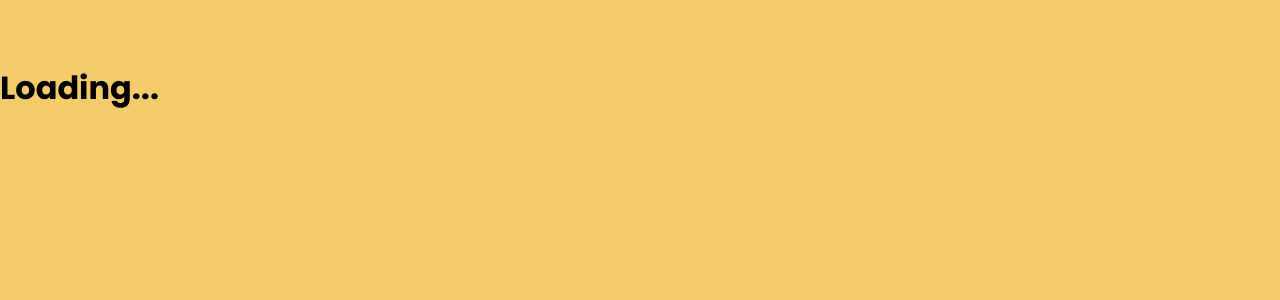
Repository: ble-syn/Random-user-generator-app
Page: /
These files come from the project's save history. The page is drawn as it stood at one moment and after the next save; the edit follows.
The browser window is 1280 px wide. The pictures show the whole page.
The page's requests for data from a server got no answer. The project was rebuilt for these pictures with package versions that can differ from the ones it lists, and the page was loaded fresh each time. No one was signed in, and anything a server would have sent is missing. Also part of the build but not shown: src/components/Navbar.jsx, src/components/pagination.jsx, src/components/ErrorFallback.jsx, src/components/User.jsx, src/pages/About.jsx, src/pages/Policy.jsx, src/pages/Terms.jsx, src/pages/Contact.jsx and 1 more.

Above is the page before, as saved 2022-10-28 18:17:07.

After the next save:
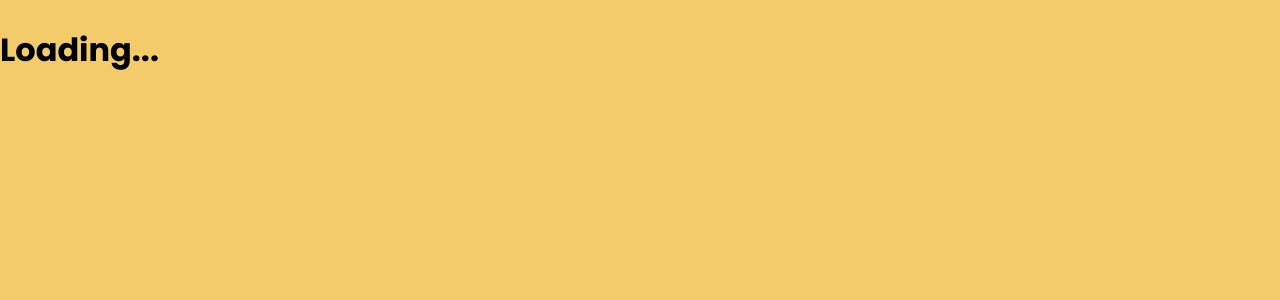
Saved 17 s later.
--- a/src/index.css
+++ b/src/index.css
@@ -16,7 +16,7 @@ body {
 .container {
   width: 100%;
   max-width: 1300px;
-  margin: 5% auto;
+  margin: 2% auto;
 
 }
 
